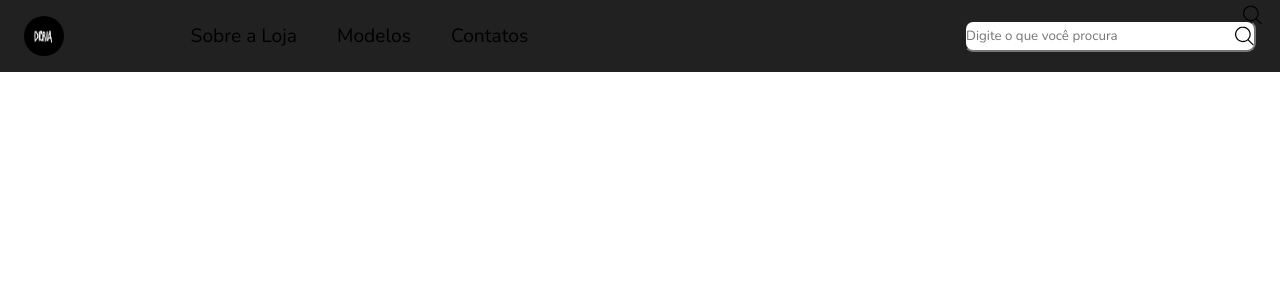
Repository: analessp/dicriastreet
Page: index.html
These files come from the project's save history. The page is drawn as it stood at one moment and after the next save; the edit follows.
The browser window is 1280 px wide. The pictures show the whole page.

Above is the page before, as saved 2025-04-17 12:27:15.

After the next save:
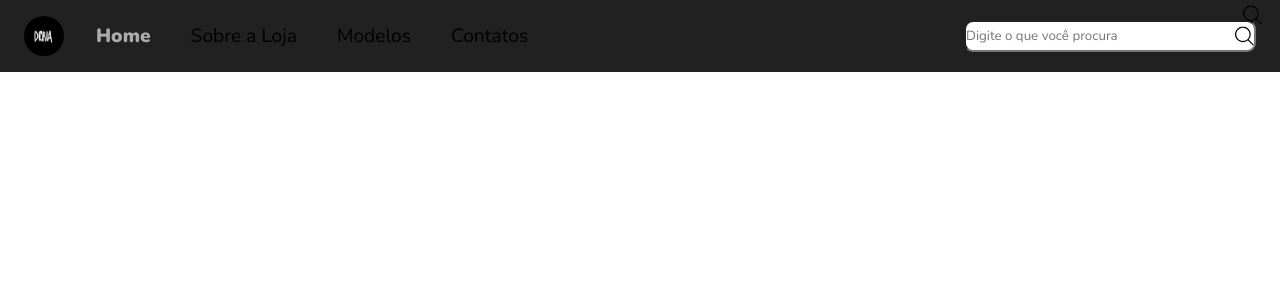
Saved 31 s later.
--- a/style.css
+++ b/style.css
@@ -47,7 +47,7 @@ header {
 }
 
 #header-nav ul li:first-child {
-    color: var(--secondary-color);
+    color: var(--primary-color);
     font-weight: 900;
 }
 
